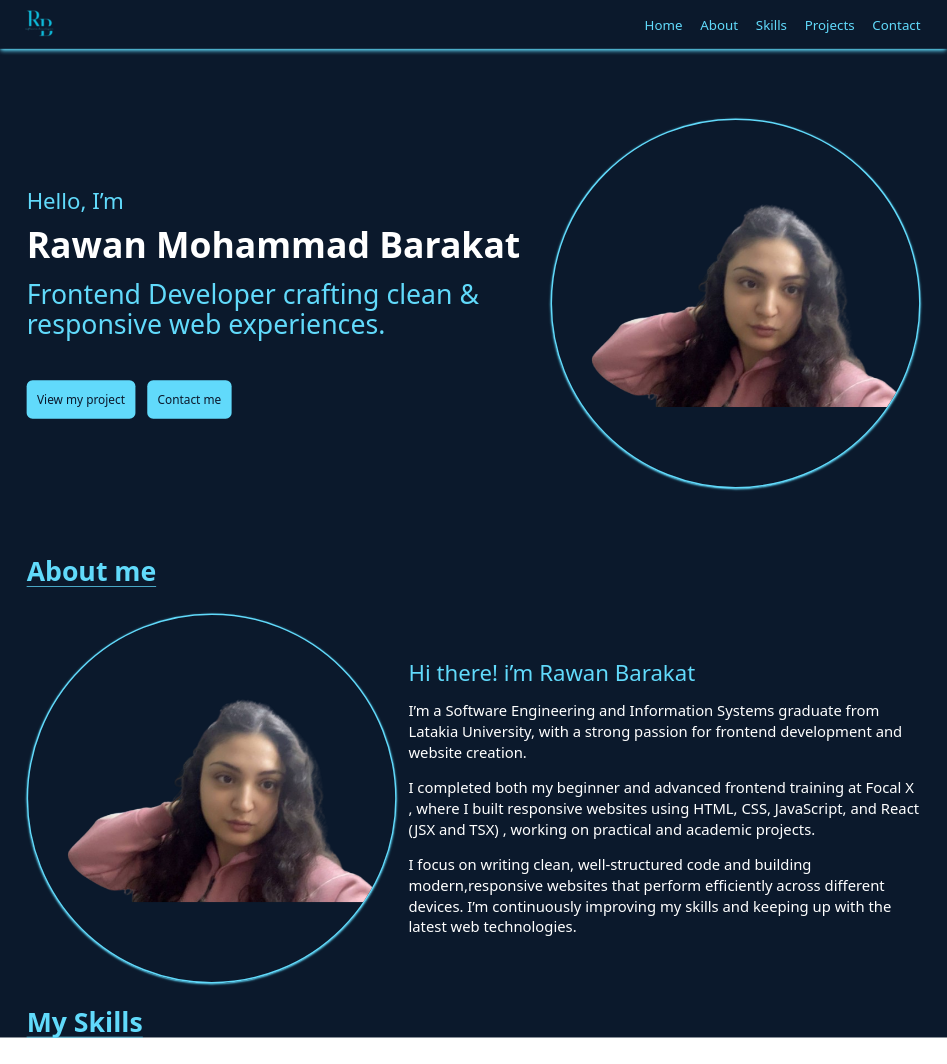
Repository: RawanBarakat-hub/portfolio
Page: /
An editor plug-in stored every save of this project. The page is shown before and after a run of saves, followed by the edit.
The browser window is 1280 px wide. The pictures show the whole page, at 74% of full size.
The project was rebuilt for these pictures with package versions that can differ from the ones it lists, and the page was loaded fresh each time. Also part of the build but not shown: vite.config.ts.

Above is the page before, as saved 2026-02-20 09:18:21.

### index.html
<!doctype html>
<html lang="en">
  <head>
    <meta charset="UTF-8" />
    <link rel="icon" type="image/svg+xml" href="/assets/images/photos/logo.png" />
    <meta name="viewport" content="width=device-width, initial-scale=1.0" />
    <title>Rawan's portfolio</title>
  </head>
  <body>
    <div id="root"></div>
    <script type="module" src="/src/main.tsx"></script>
  </body>
</html>

### src/index.css
@import "tailwindcss";
@theme{
    --color-primary-color: #61DAFB;
    --color-background-color: #0b192c;
    --color-hover-color: #85ddf5;
}

### src/App.tsx
import Hero from "./components/Hero"
import Main from "./components/Main"
import NavBar from "./components/NavBar"
import { nav_links } from "./data/data"
import "./index.css"
function App() {

  return (
    <div className="bg-background-color px-9">
      <NavBar logo={{source:"/assets/images/photos/logo.png",alternative:"Logo"}}
      nav_links={nav_links}
      bar_icon={{source:"/assets/images/icons/bars.svg",alternative:"bars"}}
      cancel_icon={{source:"/assets/images/icons/cancel.svg",alternative:"bars"}}
      />
      <Hero/>
      <Main/>
    </div>
  )
}

export default App

### src/components/Hero.tsx
import Image from "./Image"
import LinkBtn from "./LinkBtn"
import WelcomeText from "./WelcomeText"

const Hero = () => {
    return (
        <div className="h-screen pt-35 lg:pt-25 flex flex-col lg:flex-row
        justify-center lg:justify-between items-center gap-5">
            <div className="text-center lg:text-left">
                <WelcomeText text="Hello, I’m"/>
                <h1 className="text-white text-3xl lg:text-5xl mt-3 lg:mt-4
                mb-4 lg:mb-6 font-bold">Rawan Mohammad Barakat</h1>
                <p className="text-primary-color text-2xl lg:text-4xl max-w-2xl
                mb-4 lg:mb-14">Frontend Developer crafting clean & responsive web experiences.</p>
                <div className="flex justify-center lg:justify-start gap-4">
                    <LinkBtn url="" text="View my project"/>
                    <LinkBtn url="" text="Contact me"/>
                </div>
            </div>
            <Image source="/assets/images/photos/rawan.png" alternative="rawan"/>
        </div>
    )
}

export default Hero

### src/components/Main.tsx
import SectionAbout from "./SectionAbout"
import SectionSkills from "./SectionSkills"

const Main = () => {
    return (
        <main>
            <SectionAbout/>
            <SectionSkills/>
        </main>
    )
}

export default Main

### src/components/NavBar.tsx
import { NavLink } from "react-router-dom"
import type { NavProps } from "../interfaces"
import { useState } from "react"

const NavBar = ({logo,nav_links,bar_icon,cancel_icon}:NavProps) => {
    const [show,setShow]=useState<boolean>(true)
    return (
        <div>
            <nav className="flex justify-between pl-5 pr-9 items-center fixed top-0
            w-full left-0 bg-background-color shadow-md shadow-primary-color">
                <div className="">
                    <img className="" src={logo.source} alt={logo.alternative} />
                </div>
                <div className="hidden lg:block">
                    <ul className="flex gap-6">
                        {nav_links?.map((link,index)=>{
                            return <li key={index}>
                                <NavLink className="text-primary-color text-[18px] font-medium"
                                to={link?.url}>{link?.text}</NavLink>
                            </li>
                        })}
                    </ul>
                </div>
                <button onClick={()=>setShow(!show)}
                className="block lg:hidden"><img src={`${show?bar_icon.source:cancel_icon.source}`}
                alt={`${show?bar_icon.alternative:cancel_icon.alternative}`} /></button>
            </nav>
            <div className={`${show ? "-left-full" :"left-1/2"} absolute top-16.5
            -translate-x-1/2 py-3.5 bg-background-color w-full transition-all`}>
                <ul className="text-center">
                        {nav_links?.map((link,index)=>{
                            return <li key={index} className="mb-4">
                                <NavLink className="text-primary-color text-[18px] font-medium"
                                to={link?.url}>{link?.text}</NavLink>
                            </li>
                        })}
                    </ul>
            </div>
        </div>
    )
}

export default NavBar

### src/data/data.ts
export const nav_links=[
    {
        url:"/",
        text:"Home"
    },
    {
        url:"/",
        text:"About"
    },
    {
        url:"/",
        text:"Skills"
    },
    {
        url:"/",
        text:"Projects"
    },
    {
        url:"/",
        text:"Contact"
    }
]
export const skills=[
    {
        image:{
            source:"/assets/images/icons/html.svg",
            alternative:"HTMl icon"
        },
        link:{
            url:"https://www.w3schools.com/html/default.asp",
            text:"HTML"
        }
    },
    {
        image:{
            source:"/assets/images/icons/css3.svg",
            alternative:"CSS icon"
        },
        link:{
            url:"https://www.w3schools.com/css/default.asp",
            text:"CSS"
        }
    },
    {
        image:{
            source:"/assets/images/icons/js.svg",
            alternative:"JavaScript icon"
        },
        link:{
            url:"https://www.w3schools.com/js/default.asp",
            text:"JavaScript "
        }
    },
    {
        image:{
            source:"/assets/images/icons/bootstrap.svg",
            alternative:"Bootstrap icon"
        },
        link:{
            url:"https://www.w3schools.com/bootstrap/bootstrap_ver.asp",
            text:"Bootstrap"
        }
    },
    {
        image:{
            source:"/assets/images/icons/tailwind.svg",
            alternative:"Taileind icon"
        },
        link:{
            url:"https://tailwindcss.com/",
            text:"Tailwind"
        }
    },
    {
        image:{
            source:"/assets/images/icons/react.svg",
            alternative:"React icon"
        },
        link:{
            url:"https://www.w3schools.com/react/default.asp",
            text:"React"
        }
    },
    {
        image:{
            source:"/assets/images/icons/ts.svg",
            alternative:"TypeScript icon"
        },
        link:{
            url:"https://www.w3schools.com/typescript/index.php",
            text:"TypeScript"
        }
    },
    {
        image:{
            source:"/assets/images/icons/git.svg",
            alternative:"Git icon"
        },
        link:{
            url:"https://www.w3schools.com/git/default.asp",
            text:"Git"
        }
    }
]

### src/components/Image.tsx
import type { ImageProps } from '../interfaces'

const Image = ({source,alternative}:ImageProps) => {
    return (
        <div className='w-125 h-125 rounded-full border-2 border-primary-color
            shadow-sm shadow-primary-color flex justify-center items-center overflow-hidden
            shrink-0'>
            <img src={source} alt={alternative} />
        </div>
    )
}

export default Image

### src/components/LinkBtn.tsx
import { Link } from 'react-router-dom'
import { type LinkProps } from '../interfaces'
const LinkBtn = ({url,text,image}:LinkProps) => {
    return (
            <Link className={`${image?"bg-linear-to-r from-primary-color to-black hover:scale-120":
                "bg-primary-color hover:bg-hover-color"}
            text-background-color p-3.5 rounded-lg w-fit flex gap-4 transition-all`} to={url}>{text}
            {image && <img src={image?.source} alt={image?.alternative} />}</Link>
    )
}

export default LinkBtn

### src/components/WelcomeText.tsx

const WelcomeText = ({text}:{text:string}) => {
    return (
        <p className="text-primary-color text-xl lg:text-3xl
        font-medium">{text}</p>
    )
}

export default WelcomeText

### src/components/SectionAbout.tsx
import Description from "./Description"
import Image from "./Image"
import TitleSection from "./TitleSection"
import WelcomeText from "./WelcomeText"

const SectionAbout = () => {
    return (
        <section className="py-15 lg:py-8 text-center lg:text-left">
            <TitleSection title="About me"/>
            <div className="flex flex-col lg:flex-row
                justify-center lg:justify-between items-center
                gap-4">
                <Image source="/assets/images/photos/rawan.png" alternative="rawan"/>
                <div className="max-w-3xl">
                    <WelcomeText text="Hi there! i’m Rawan Barakat"/>
                    <Description text="I’m a Software Engineering and Information Systems
                        graduate from Latakia University, with a strong passion
                        for frontend development and website creation."/>
                    <Description text="I completed both my beginner
                        and advanced frontend training at Focal X ,
                        where I built responsive websites using HTML, CSS, JavaScript,
                        and React (JSX and TSX) , working on practical and academic projects."/>
                    <Description text="I focus on writing clean, well-structured
                    code and building modern,responsive websites that perform efficiently across different
                    devices. I’m continuously improving my skills and keeping up with the latest web
                    technologies."/>
                </div>
            </div>
        </section>
    )
}

export default SectionAbout

### src/components/SectionSkills.tsx
import { skills } from "../data/data"
import LinkBtn from "./LinkBtn"
import TitleSection from "./TitleSection"

const SectionSkills = () => {
    return (
        <section>
            <TitleSection title="My Skills"/>
            {
                skills.map((skill,index)=>{

                })
            }
        </section>
    )
}

export default SectionSkills

### src/components/Description.tsx

const Description = ({text}:{text:string}) => {
    return (
        <p className="text-white text-xl mt-5">{text}</p>
    )
}

export default Description

### src/components/TitleSection.tsx
import type { TitleSectionProp } from "../interfaces"

const TitleSection = ({title}:TitleSectionProp) => {
    return (
        <h2 className="text-xl lg:text-4xl text-primary-color font-semibold
        mb-4 lg:mb-9 w-fit border-b border-primary-color">{title}</h2>
    )
}

export default TitleSection

Loaded but not shown: src/main.tsx (common file)

After the next 4 saves:
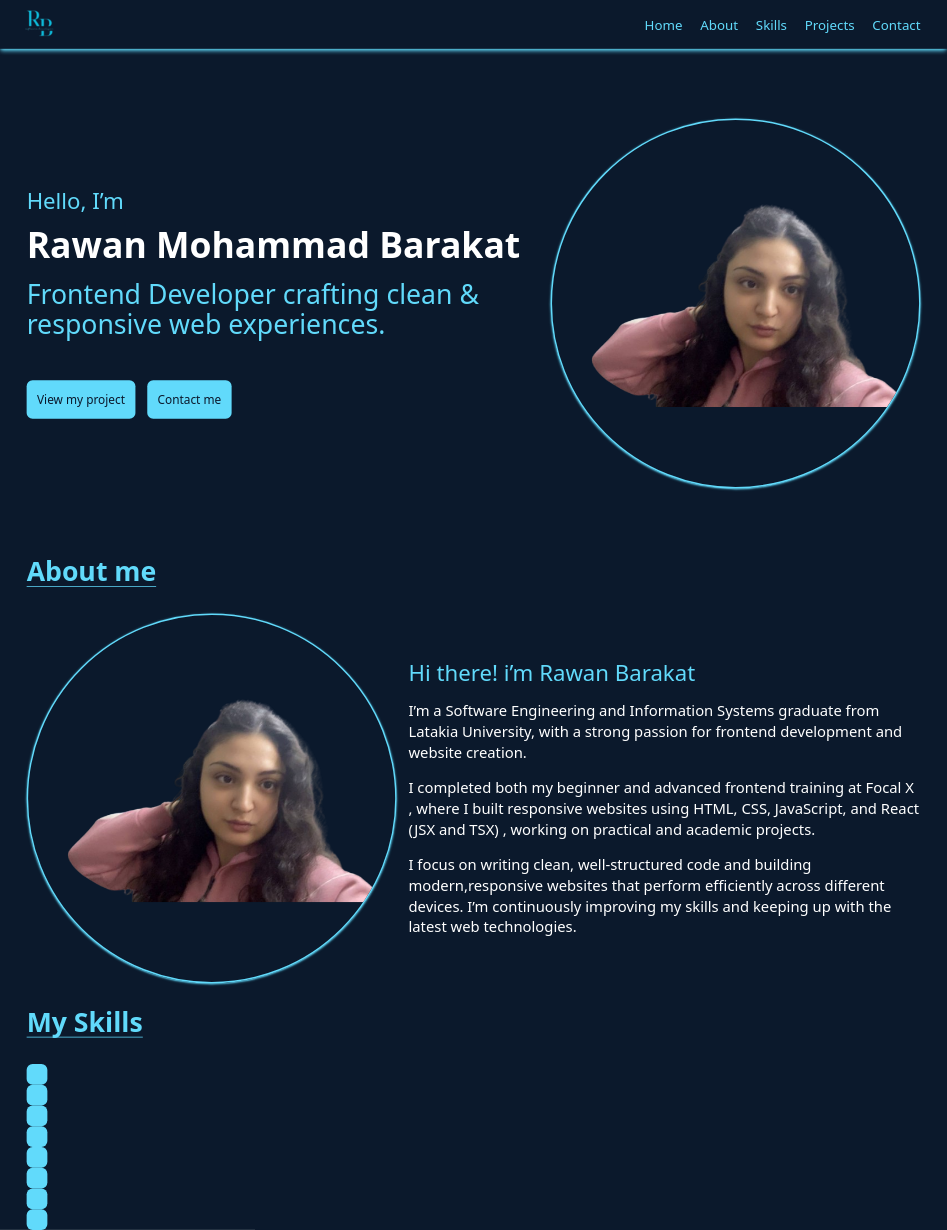
The 4 saves are shown as one change because they came seconds apart.
The last was saved 9 s later.
--- a/src/components/SectionSkills.tsx
+++ b/src/components/SectionSkills.tsx
@@ -8,7 +8,7 @@ const SectionSkills = () => {
             <TitleSection title="My Skills"/>
             {
                 skills.map((skill,index)=>{
-
+                    return <LinkBtn />
                 })
             }
         </section>
